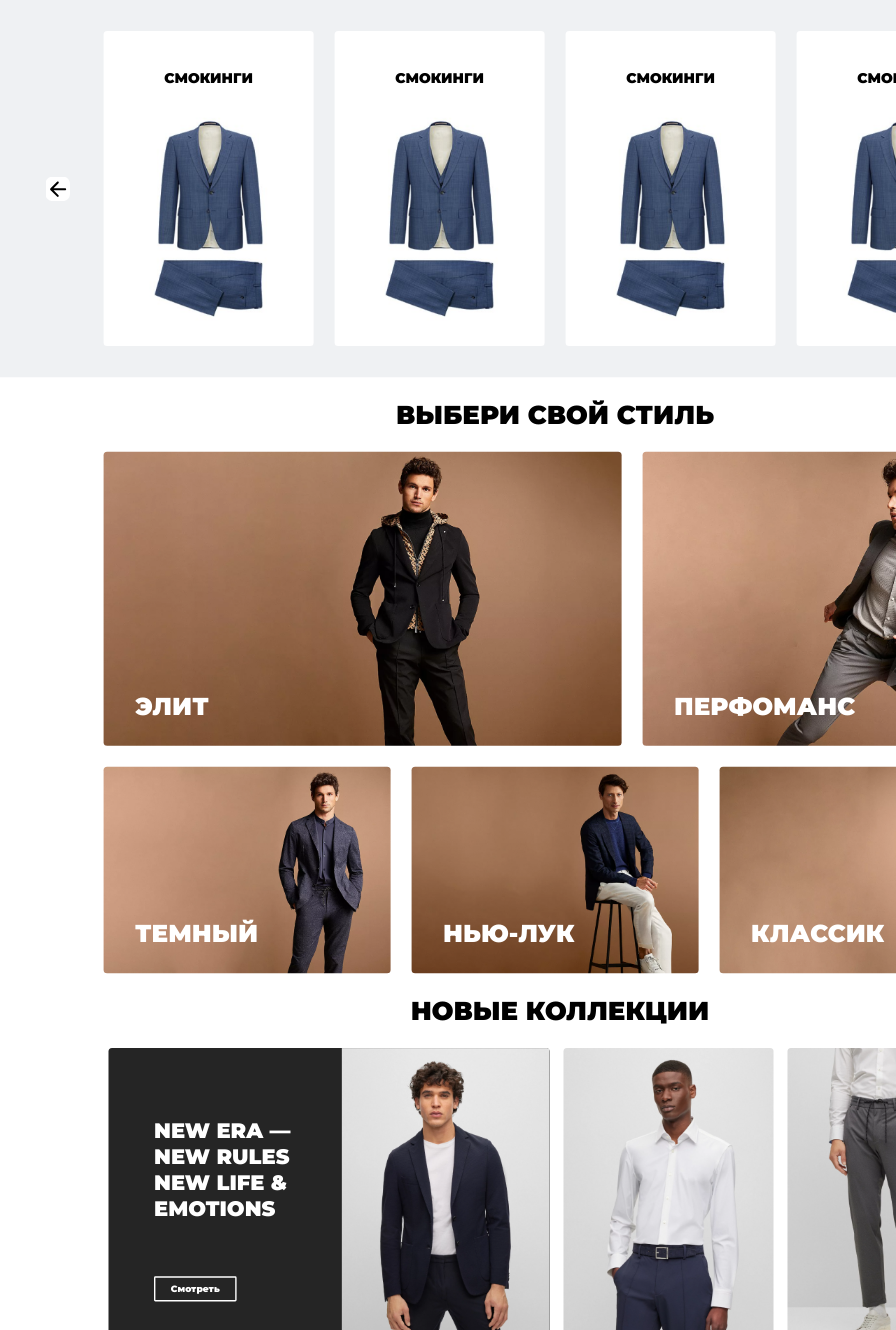
Repository: MaksimKrupkin/SigmaEllegance
Page: /
An editor plug-in stored every save of this project. The page is shown before and after the next save, followed by the edit.
The browser window is 1280 px wide. The pictures show the part of the page from y = 845 to 2745 px (the page is 4160 px tall), at 70% of full size.
Some web fonts or font styles are not loaded; a fallback is used. The project was rebuilt for these pictures with package versions that can differ from the ones it lists, and the page was loaded fresh each time.

Above is the page before, as saved 2023-11-25 11:07:44.

After the next save:
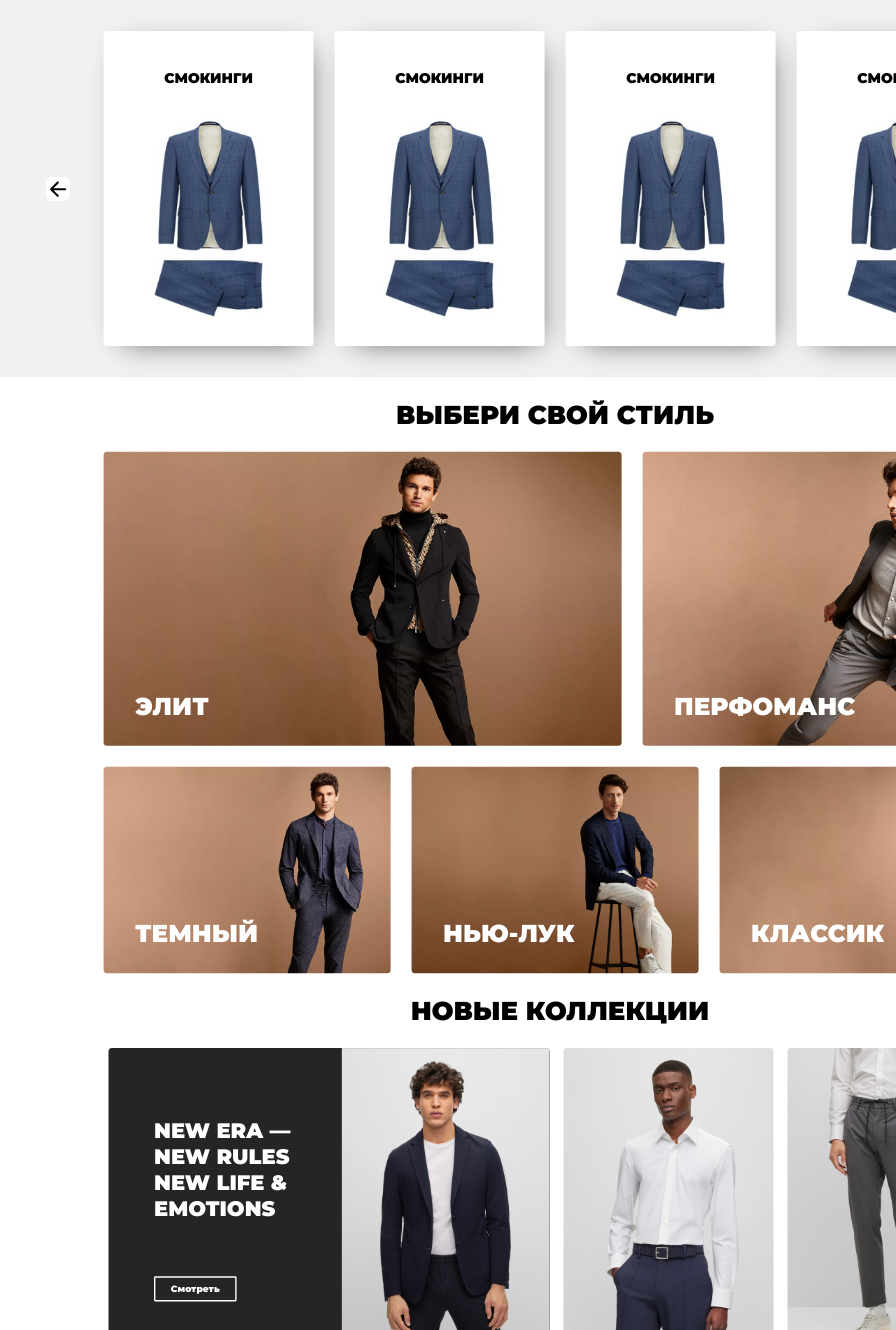
Saved 70 s later.
--- a/src/Components/SliderCard/SliderCard.module.css
+++ b/src/Components/SliderCard/SliderCard.module.css
@@ -9,6 +9,9 @@
   padding-top: 35px;
   padding-bottom: 65px;
   gap: 25px;
+  -webkit-box-shadow: 10px 10px 41px -19px rgba(0, 0, 0, 0.75);
+  -moz-box-shadow: 10px 10px 41px -19px rgba(0, 0, 0, 0.75);
+  box-shadow: 10px 10px 41px -19px rgba(0, 0, 0, 0.75);
 }
 .card_title {
   color: #000;
